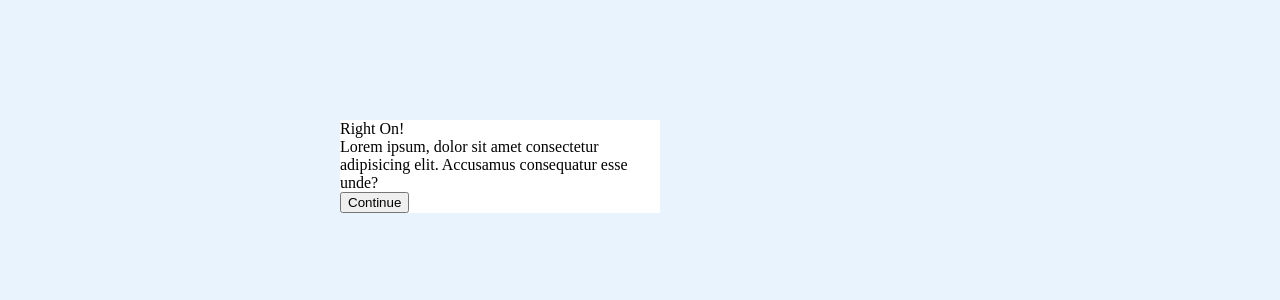
Repository: giahuy405/flash_message_BEM
Page: index.html
These files come from the project's save history. The page is drawn as it stood at one moment and after the next save; the edit follows.
The browser window is 1280 px wide. The pictures show the whole page.

Above is the page before, as saved 2022-09-06 02:08:12.

### index.html
<!DOCTYPE html>
<html lang="en">
<head>
    <meta charset="UTF-8">
    <meta http-equiv="X-UA-Compatible" content="IE=edge">
    <meta name="viewport" content="width=device-width, initial-scale=1.0">
    <title>Document</title>
    <link rel="stylesheet" href="css/index.css">
</head>
<body>
        <!--
        code về phần flash message và áp dụng BEM Block Element Modifier
        Ví dụ :
        Laptop là Block ( 1 khối lớn )

        Thì các Element ( thành phần ) sẽ là : keyboard, mouse, screen, touch-pad
        Block Element : Laptop__keyboard, Laptop__mouse....

        Modifer ( biến thể khác ) sẽ là : loại của chúng như to, nhỏ, hãng,...
        Block Modifier : Laptop--big, Laptop--small,
        Block Element Modifier : Laptop__keyboard--apple , Laptop__touch-pad--smooth,...
    -->
        <!-- Block: flash message
        Element: img, title, desc (description), button
        Modifier: primary, secondary

        Block 1 & block 2
        flash-message
        flash-message__img, flash-message__title, flash-message__desc, flash-message__button

        Block 1: flash-message__title--primary -->


        <div class="container">
            <div class="flash-message">
                <div class="flash-message__img">

                </div>
                <div class="flash-message__title">
                    Right On!
                </div>
                <div class="flash-message__desc">
                    Lorem ipsum, dolor sit amet consectetur adipisicing elit. Accusamus consequatur esse unde?
                </div>
                <button class="flash-message__button">Continue</button>
            </div>
            <div class="flash-message">

            </div>
             <div class="clear"></div>
        </div>

</body>
</html>

### css/index.css
*{
    box-sizing: border-box;
}
body{
    padding: 0;
    margin: 0;
    background-color: #e8f3fe;
}
.clear{
    clear: both;
}
.container{
    width: 50%;
    margin: 0 auto;
}
.flash-message{
    float: left;
    width: 50%;
    background-color: white;
    margin: 120px 20px;
}

After the next save:
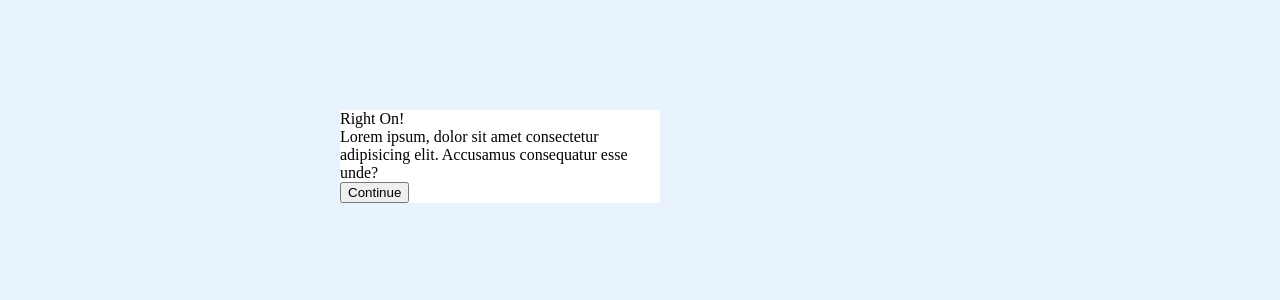
Saved 6 s later.
--- a/css/index.css
+++ b/css/index.css
@@ -17,5 +17,5 @@
     float: left;
     width: 50%;
     background-color: white;
-    margin: 120px 20px;
+    margin: 110px 20px;
 }
